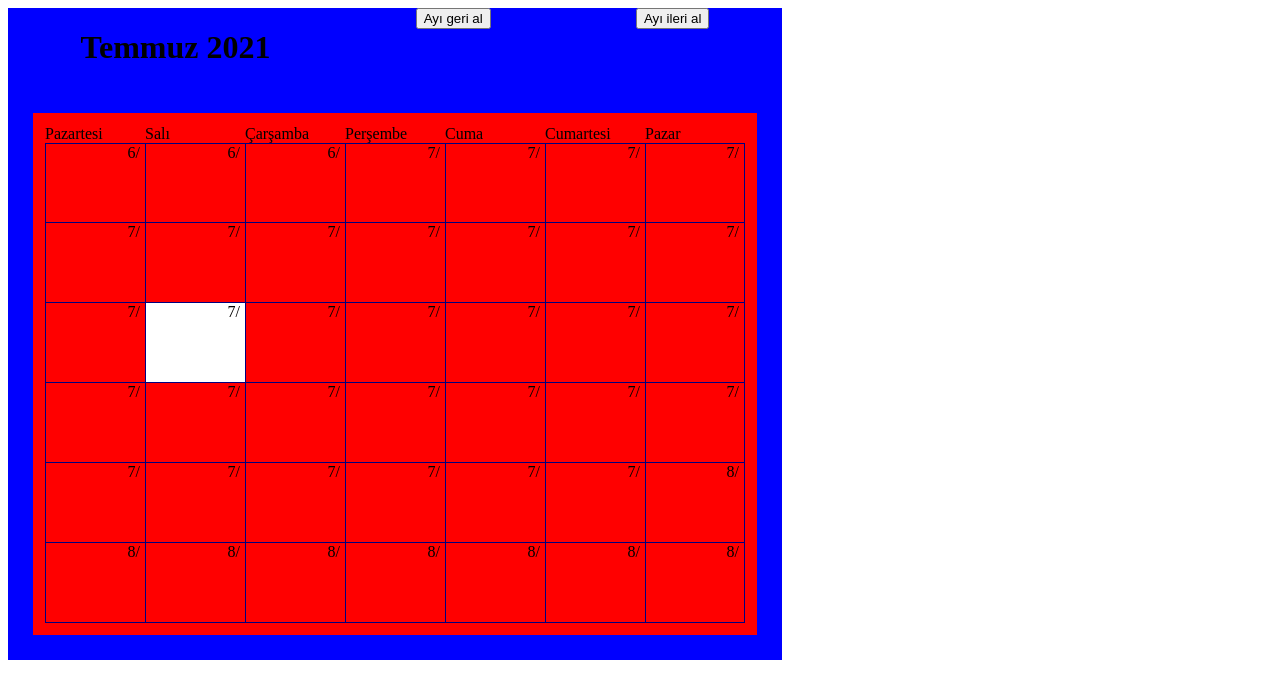
Repository: ahmetbugraozcan/javascript-calendar
Page: tablo.html
These files come from the project's save history. The page is drawn as it stood at one moment and after the next save; the edit follows.
The browser window is 1280 px wide. The pictures show the whole page.

Above is the page before, as saved 2021-07-13 12:01:51.

### tablo.html
<!DOCTYPE html>
<html lang="en">

<head>
    <meta charset="UTF-8">
    <meta http-equiv="X-UA-Compatible" content="IE=edge">
    <meta name="viewport" content="width=device-width, initial-scale=1.0">
    <title>Document</title>
</head>
<!--pazartesi salı çarş... için arrayler oluştur. arraylere göre günleri yerleştir.-->
<!--Veritabanı için dizi içinden kontroledivez. örneğin pazartesi[1] değeri 12 mayıs 2021 e eşitse databasede bununla eşleşen değeri getir
    ardından pazartesi[1] e eşdeğer olan id'li divin içeriği değişecek.-->

<style>
    * {
        box-sizing: border-box;
    }

    .cell-last {
        border-right: 1px solid navy;

    }

    .cell-top {
        border-top: 1px solid navy;
    }

    /* her hücre*/
    .cell,
    .cell-top,
    .cell-last {
        text-align: right;
        padding-right: 5px;
        text-overflow: clip;
        white-space: nowrap;
        overflow: hidden;
        border-bottom: 1px solid navy;
        border-left: 1px solid navy;
        width: 100px;
        height: 80px;
    }


    /*tablonun kendisi*/
    .calendar {
        margin: 25px;
        padding: 12px;
        display: flex;
        width: fit-content;
        background-color: red;
    }


    .container {
        background-color: blue;
        display: flex;
        width: fit-content;
        flex-direction: column;
    }

    .test {
        display: flex;
        justify-content: space-around;
    }
</style>

<body>

    <div class="container">

        <div class="test">
            <h1 id="currentDate"></h1>
            <span><button type="button" onclick="previousDate()">Ayı geri al</button></span>
            <span><button type="button" onclick="nextDate()">Ayı ileri al</button></span>
        </div>
        <div class="calendar">
            <div>
                <div>Pazartesi</div>
                <div class="cell-top" id="pazartesi0">1</div>
                <div class="cell" id="pazartesi1">1</div>
                <div class="cell" id="pazartesi2">1</div>
                <div class="cell" id="pazartesi3">1</div>
                <div class="cell" id="pazartesi4">1</div>
                <div class="cell" id="pazartesi5">1</div>
            </div>
            <div>
                <div>Salı</div>
                <div class="cell-top" id="sali0">1</div>
                <div class="cell" id="sali1">1</div>
                <div class="cell" id="sali2">1</div>
                <div class="cell" id="sali3">1</div>
                <div class="cell" id="sali4">1</div>
                <div class="cell" id="sali5">1</div>
            </div>
            <div>
                <div>Çarşamba</div>
                <div class="cell-top" id="carsamba0">1</div>
                <div class="cell" id="carsamba1">1</div>
                <div id="carsamba2" class="cell">1</div>
                <div id="carsamba3" class="cell">1</div>
                <div id="carsamba4" class="cell">1</div>
                <div id="carsamba5" class="cell">1</div>
            </div>
            <div>
                <div>Perşembe</div>
                <div class="cell-top" id="persembe0">1</div>
                <div class="cell" id="persembe1">1</div>
                <div id="persembe2" class="cell">1</div>
                <div id="persembe3" class="cell">1</div>
                <div id="persembe4" class="cell">1</div>
                <div id="persembe5" class="cell">1</div>
            </div>
            <div>
                <div>Cuma</div>
                <div class="cell-top" id="cuma0">1</div>
                <div class="cell" id="cuma1">1</div>
                <div id="cuma2" class="cell">1</div>
                <div id="cuma3" class="cell">1</div>
                <div id="cuma4" class="cell">1</div>
                <div id="cuma5" class="cell">1</div>
            </div>
            <div>
                <div>Cumartesi</div>
                <div class="cell-top" id="cumartesi0">1</div>
                <div class="cell" id="cumartesi1">1</div>
                <div class="cell" id="cumartesi2">1</div>
                <div class="cell" id="cumartesi3">1</div>
                <div class="cell" id="cumartesi4">1</div>
                <div class="cell" id="cumartesi5">1</div>

            </div>
            <div>
                <div>Pazar</div>
                <div id="pazar0" class="cell-top" style="border-right: 1px solid navy;">1</div>
                <div id="pazar1" class="cell-last">1</div>
                <div id="pazar2" class="cell-last">1</div>
                <div id="pazar3" class="cell-last">1</div>
                <div id="pazar4" class="cell-last">1</div>
                <div id="pazar5" class="cell-last">1</div>
            </div>
        </div>
    </div>
    <script src="takvim.js">

    </script>



</html>

### takvim.js
function daysInMonth(month, year) {
    return new Date(year, month, 0).getDate();
}
var currentDate = new Date();
var pazartesi = [];
var sali = [];
var carsamba = [];
var persembe = [];
var cuma = [];
var cumartesi = [];
var pazar = [];
var gunler = ["pazar", "pazartesi", "sali", "carsamba", "persembe", "cuma", "cumartesi"];
var baslanacakDate = new Date(currentDate.getFullYear(), currentDate.getMonth(), 1);
var currentMonth = baslanacakDate.getMonth();
var currentYear = baslanacakDate.getFullYear();

fillCalendar();

function fillCalendar() {

    var firstDate = baslanacakDate.getDay();
    if (firstDate == 0) {
        firstDate = 7;
    }
    baslanacakDate.setDate((baslanacakDate.getDate()) - (firstDate));
    // var today = new Date();
    // var todayWithoutTime = new Date(today.getFullYear(), today.getMonth(), today.getDate() );


    var counter = 0;
    for (let i = 1; i <= 42; i++) {
        baslanacakDate.setDate((baslanacakDate.getDate()) + (1));
        // bir tabloda 42 gün var o ayın kaç çektiğini bul bu aydan geriye kaç sayacağız ona bul bu aydan ileri kaç sayacağız onu bul ve ona göre bir date oluştur.
        //ardından bu for döngüsünü kullan

        // if(baslanacakDate.toDateString() ==  todayWithoutTime.toDateString()){
        //     console.log("bugün eşitlendi : " + i);
        //     counter = i;
        // }

        switch (baslanacakDate.getDay()) {
            case 0:
                pazar.push(baslanacakDate.toLocaleDateString());

                break;
            case 1:
                pazartesi.push(baslanacakDate.toLocaleDateString());
                break;
            case 2:
                sali.push(baslanacakDate.toLocaleDateString());
                break;
            case 3:
                carsamba.push(baslanacakDate.toLocaleDateString());
                break;

            case 4:
                persembe.push(baslanacakDate.toLocaleDateString());
                break;

            case 5:
                cuma.push(baslanacakDate.toLocaleDateString());
                break;

            case 6:
                cumartesi.push(baslanacakDate.toLocaleDateString());
                break;
        }
    }


    document.getElementById("currentDate").innerHTML = getMonthAsString(currentMonth) + " " + currentYear ;
    for (let i = 0; i < 6; i++) {
        document.getElementById(`pazar${i}`).innerHTML = getDayAsString(pazar[i]);
        document.getElementById(`pazartesi${i}`).innerHTML = getDayAsString(pazartesi[i]);
        document.getElementById(`sali${i}`).innerHTML = getDayAsString(sali[i]);
        document.getElementById(`carsamba${i}`).innerHTML = getDayAsString(carsamba[i] );
        document.getElementById(`persembe${i}`).innerHTML =  getDayAsString(persembe[i]);
        document.getElementById(`cuma${i}`).innerHTML =  getDayAsString(cuma[i]);
        document.getElementById(`cumartesi${i}`).innerHTML =  getDayAsString(cumartesi[i]);

        document.getElementById(`pazar${i}`).style.backgroundColor = "red";
        document.getElementById(`pazartesi${i}`).style.backgroundColor = "red";
        document.getElementById(`sali${i}`).style.backgroundColor = "red";
        document.getElementById(`carsamba${i}`).style.backgroundColor = "red";
        document.getElementById(`persembe${i}`).style.backgroundColor = "red";
        document.getElementById(`cuma${i}`).style.backgroundColor = "red";
        document.getElementById(`cumartesi${i}`).style.backgroundColor = "red";




        if (pazar[i] == currentDate.toLocaleDateString()) {
            console.log("Bugün pazar");
            document.getElementById(`pazar${i}`).style.backgroundColor = "white";
        } else if (pazartesi[i] == currentDate.toLocaleDateString()) {
            console.log("Bugün pazartesi");
            document.getElementById(`pazartesi${i}`).style.backgroundColor = "white";
        } else if (sali[i] == currentDate.toLocaleDateString()) {
            console.log("Bugün sali");
            document.getElementById(`sali${i}`).style.backgroundColor = "white";
        } else if (carsamba[i] == currentDate.toLocaleDateString()) {
            console.log("Bugün carsamba");
            document.getElementById(`carsamba${i}`).style.backgroundColor = "white";
        } else if (persembe[i] == currentDate.toLocaleDateString()) {
            console.log("Bugün persembe");
            document.getElementById(`persembe${i}`).style.backgroundColor = "white";
        } else if (cuma[i] == currentDate.toLocaleDateString()) {
            console.log("Bugün cuma");
            document.getElementById(`cuma${i}`).style.backgroundColor = "white";
        } else if (cumartesi[i] == currentDate.toLocaleDateString()) {
            console.log("Bugün cumartesi");
            document.getElementById(`cumartesi${i}`).style.backgroundColor = "white";
        }
    }
}


function previousDate() {

    pazar = [];
    pazartesi = [];
    sali = [];
    carsamba = [];
    persembe = [];
    cuma = [];
    cumartesi = [];
    if (currentMonth > 0) {
        currentMonth--;
    } else {
        currentMonth = 11;
        currentYear--;
    }
    baslanacakDate = new Date(currentYear, currentMonth, 1);
    fillCalendar();


}
function getDayAsString(string){
    var donulecekString = "";
    if(string[0] == 0){
    }else{
        donulecekString += string[0];
    }
    donulecekString += string[1];
    return donulecekString;
}





function getMonthAsString(date){
    switch(date){
        case 0:
            return "Ocak";
        case 1:
            return "Şubat";
        case 2:
            return "Mart";
        case 3:
            return "Nisan";
         case 4:
            return "Mayıs";
        case 5:
            return "Haziran";
        case 6:
            return "Temmuz";
        case 7:
            return "Ağustos";
        case 8:
            return "Eylül";
        case 9:
            return "Ekim";
        case 10:
            return "Kasım";
        case 11:
            return "Aralık";
    }
}

function nextDate() {

    pazar = [];
    pazartesi = [];
    sali = [];
    carsamba = [];
    persembe = [];
    cuma = [];
    cumartesi = [];
    if (currentMonth < 11) {
        currentMonth++;
    } else {
        currentMonth = 0;
        currentYear++;
    }
    baslanacakDate = new Date(currentYear, currentMonth, 1);
    fillCalendar();

}

After the next save:
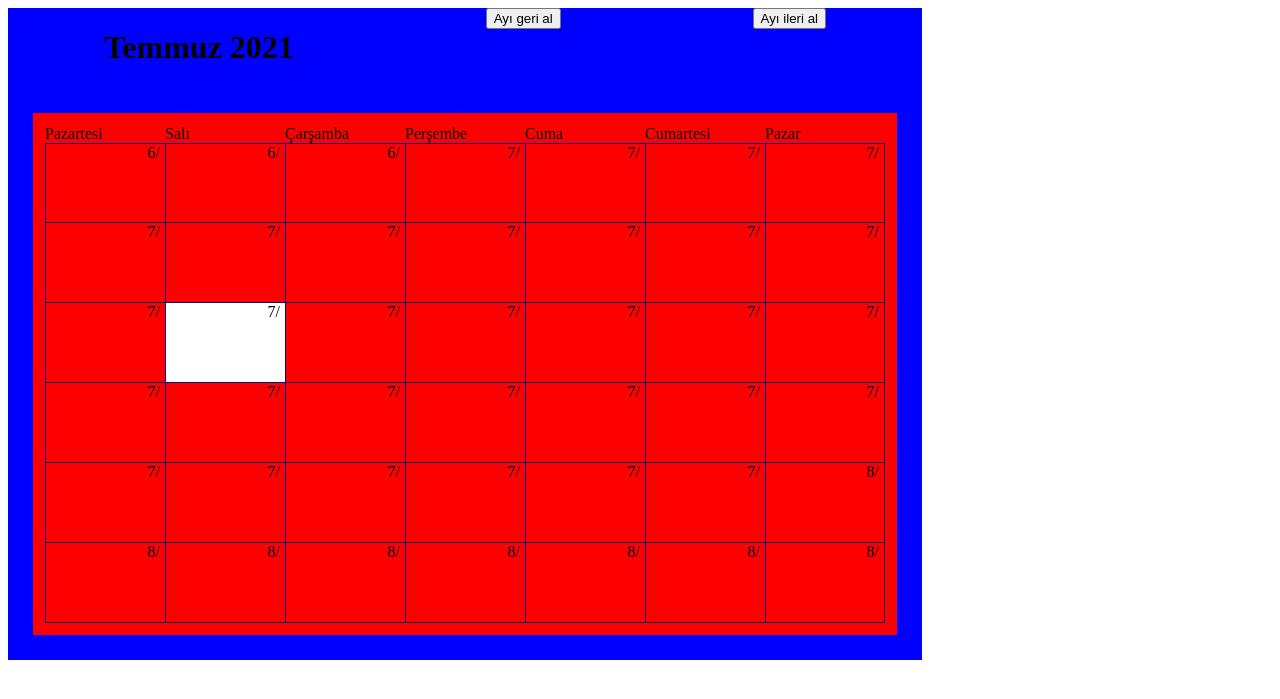
Saved 9 s later.
--- a/tablo.html
+++ b/tablo.html
@@ -36,7 +36,7 @@
         overflow: hidden;
         border-bottom: 1px solid navy;
         border-left: 1px solid navy;
-        width: 100px;
+        width: 120px;
         height: 80px;
     }
 
